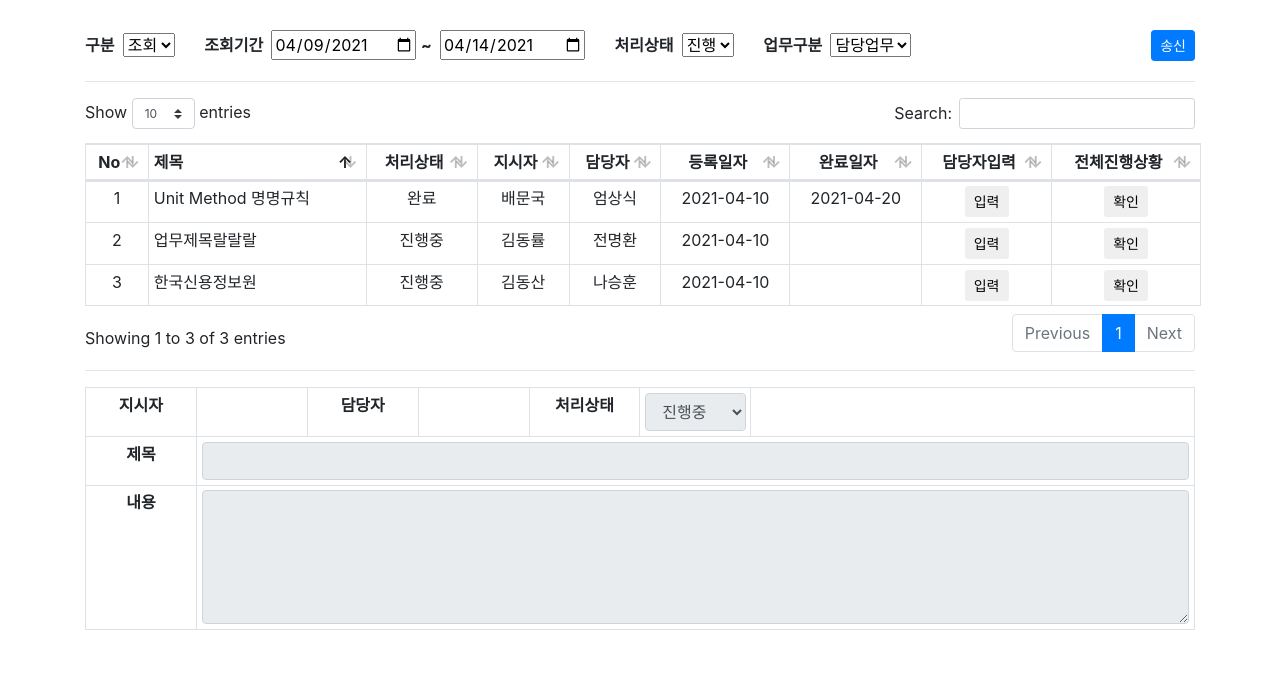
Repository: jungtaeyong/FSB_Project
Page: http://localhost/FsbJobMgt/main.jsp
These files come from the project's save history. The page is drawn as it stood at one moment and after the next save; the edit follows.
The browser window is 1280 px wide. The pictures show the whole page.
The page is served by Tomcat 9.

Above is the page before, as saved 2021-04-15 08:56:01.

After the next save:
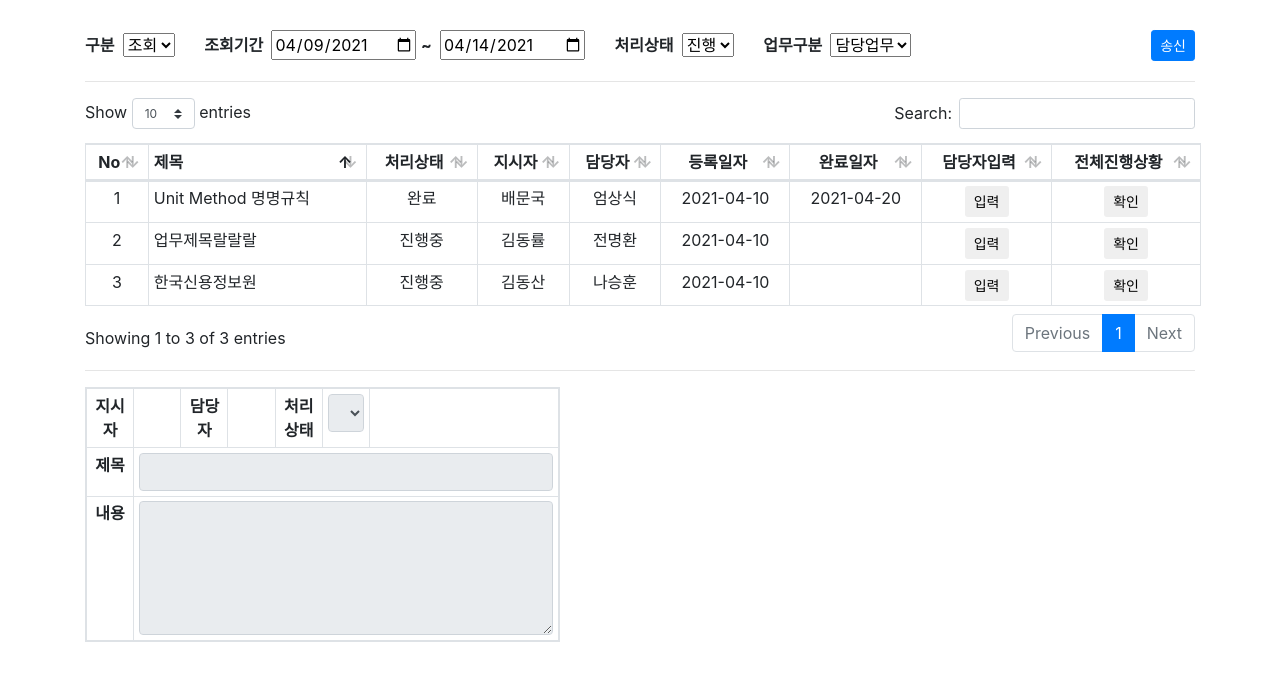
Saved 101 s later.
--- a/FsbJobMgt/WebContent/main.jsp
+++ b/FsbJobMgt/WebContent/main.jsp
@@ -261,7 +261,7 @@
 	<hr/>
 	<!-- 상세 -->
 	<div>
-		<table class="table table-sm table-bordered display" style="text-align:center">
+		<table class="table table-sm table-bordered display" style="text-align:center;display:table-cell; vertical-align:middle;">
 			<tr>
 				<th width="10%">지시자</th>
 				<td id="BZWR_INDC_CHGR" width="10%"></td>

After the save that followed:
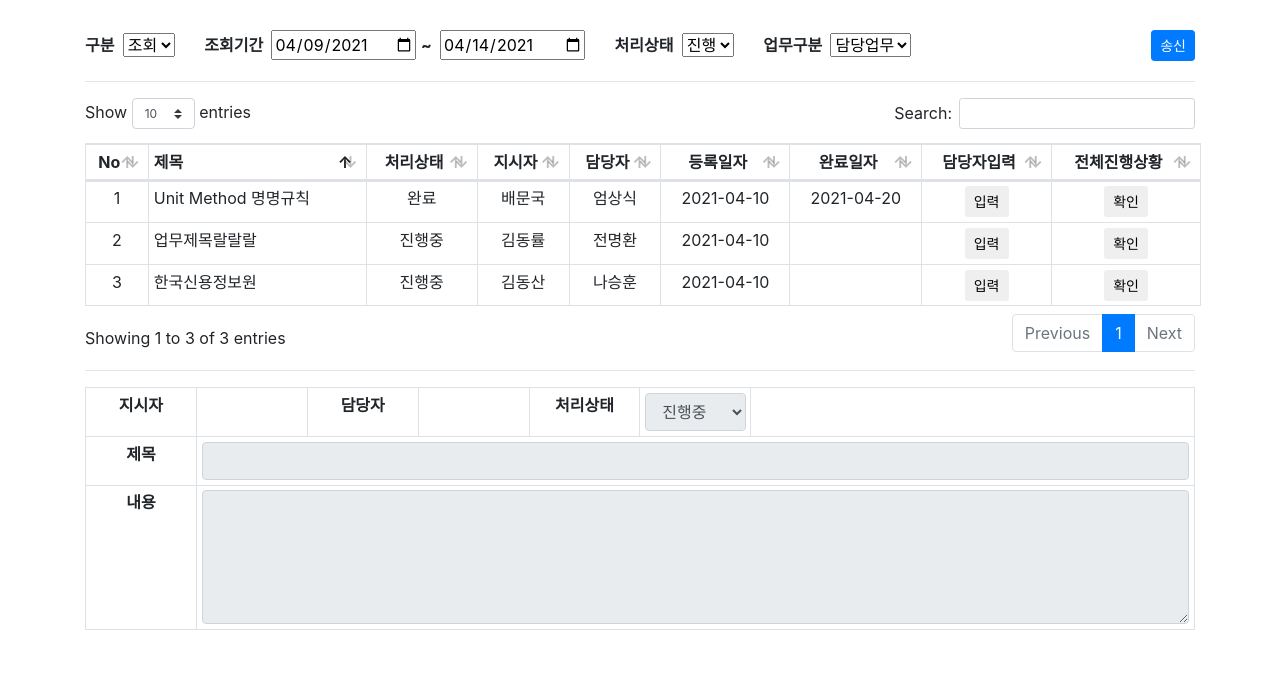
Saved 9 s later.
--- a/FsbJobMgt/WebContent/main.jsp
+++ b/FsbJobMgt/WebContent/main.jsp
@@ -261,7 +261,7 @@
 	<hr/>
 	<!-- 상세 -->
 	<div>
-		<table class="table table-sm table-bordered display" style="text-align:center;display:table-cell; vertical-align:middle;">
+		<table class="table table-sm table-bordered display" style="text-align:center;vertical-align:middle;">
 			<tr>
 				<th width="10%">지시자</th>
 				<td id="BZWR_INDC_CHGR" width="10%"></td>
